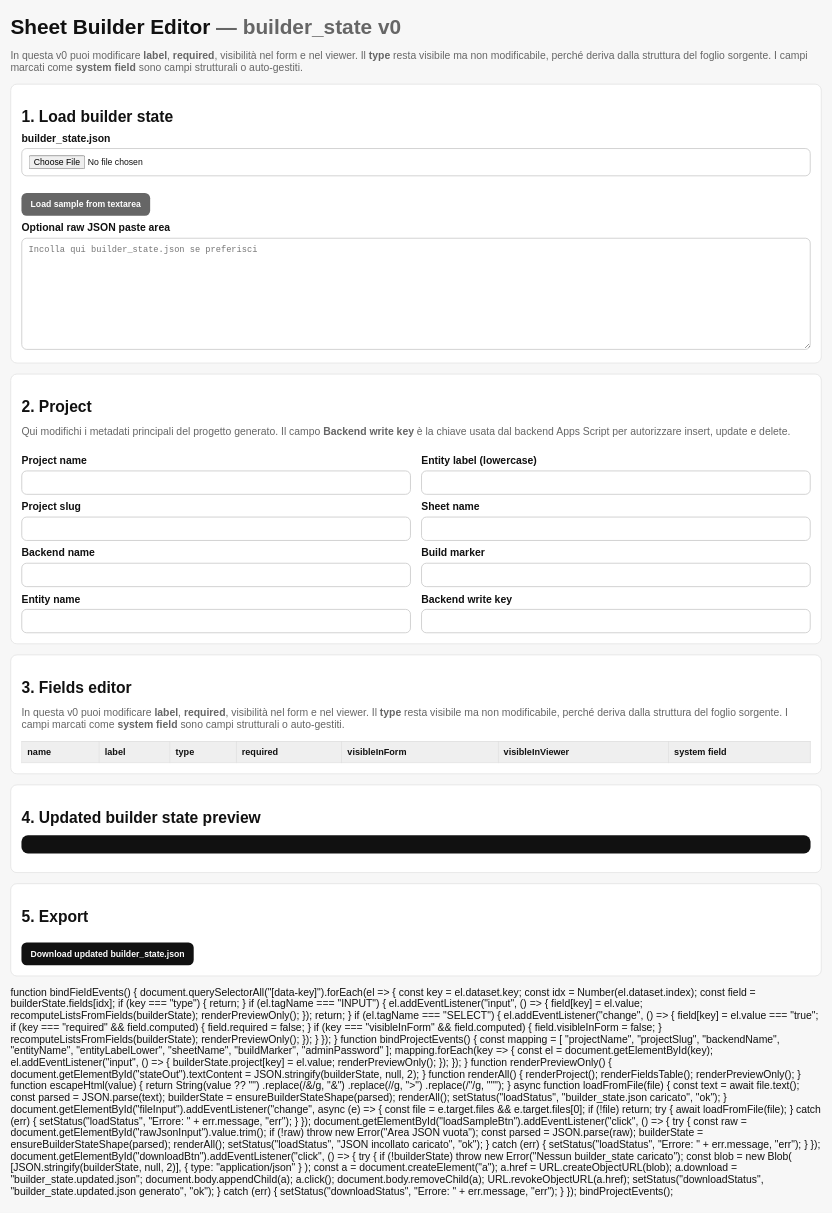
Repository: progettazionemauro/sheets.builder
Page: docs/builder.html
An editor plug-in stored every save of this project. The page is shown before and after the next save, followed by the edit.
The browser window is 1280 px wide. The pictures show the whole page, at 65% of full size.

Above is the page before, as saved 2026-04-13 19:51:35.
Console error: SyntaxError: Unexpected token '<'

### docs/builder.html
<!doctype html>
<html lang="it">
<head>
  <meta charset="utf-8" />
  <meta name="viewport" content="width=device-width, initial-scale=1" />
  <title>Sheet Builder Editor</title>
  <style>
    body {
      font-family: Arial, sans-serif;
      max-width: 1280px;
      margin: 24px auto;
      padding: 0 16px;
      background: #f7f7f7;
      color: #111;
    }

    h1, h2, h3 {
      margin-bottom: 8px;
    }

    .muted {
      color: #666;
    }

    .card {
      background: #fff;
      border: 1px solid #ddd;
      border-radius: 10px;
      padding: 16px;
      margin: 16px 0;
    }

    label {
      display: block;
      margin: 10px 0 6px;
      font-weight: bold;
    }

    input, textarea, select {
      width: 100%;
      box-sizing: border-box;
      padding: 10px;
      border: 1px solid #bbb;
      border-radius: 8px;
      background: #fff;
    }

    button {
      margin-top: 14px;
      padding: 10px 14px;
      border: 0;
      border-radius: 8px;
      background: #111;
      color: #fff;
      font-weight: bold;
      cursor: pointer;
    }

    button.secondary {
      background: #666;
    }

    button:disabled {
      opacity: .6;
      cursor: not-allowed;
    }

    .grid {
      display: grid;
      grid-template-columns: 1fr 1fr;
      gap: 16px;
    }

    .actions {
      display: flex;
      gap: 10px;
      flex-wrap: wrap;
      margin-top: 12px;
      align-items: center;
    }

    pre {
      background: #111;
      color: #d8ffd8;
      padding: 14px;
      border-radius: 10px;
      overflow: auto;
      white-space: pre-wrap;
    }

    table {
      width: 100%;
      border-collapse: collapse;
      margin-top: 10px;
      background: #fff;
    }

    th, td {
      border: 1px solid #ddd;
      padding: 8px;
      font-size: 14px;
      text-align: left;
      vertical-align: top;
    }

    th {
      background: #efefef;
    }

    .readonly-cell {
      background: #f3f3f3;
      color: #666;
    }

    .tiny {
      font-size: 12px;
      color: #666;
      line-height: 1.4;
    }

    .ok {
      color: #0a6;
      font-weight: bold;
    }

    .err {
      color: #b00;
      font-weight: bold;
    }
  </style>
</head>
<body>

  <h1>Sheet Builder Editor <span class="muted">— builder_state v0</span></h1>
  <p class="muted">
  In questa v0 puoi modificare <b>label</b>, <b>required</b>, visibilità nel form e nel viewer.
  Il <b>type</b> resta visibile ma non modificabile, perché deriva dalla struttura del foglio sorgente.
  I campi marcati come <b>system field</b> sono campi strutturali o auto-gestiti.
</p>

  <div class="card">
    <h2>1. Load builder state</h2>

    <label for="fileInput">builder_state.json</label>
    <input id="fileInput" type="file" accept=".json,application/json" />

    <div class="actions">
      <button id="loadSampleBtn" type="button" class="secondary">Load sample from textarea</button>
      <span id="loadStatus" class="muted"></span>
    </div>

    <label for="rawJsonInput">Optional raw JSON paste area</label>
    <textarea id="rawJsonInput" rows="10" placeholder='Incolla qui builder_state.json se preferisci'></textarea>
  </div>

    <div class="card">
    <h2>2. Project</h2>
        <p class="muted">
  Qui modifichi i metadati principali del progetto generato. Il campo <b>Backend write key</b>
  è la chiave usata dal backend Apps Script per autorizzare insert, update e delete.
</p>

    <div class="grid">
      <div>
        <label for="projectName">Project name</label>
        <input id="projectName" />

        <label for="projectSlug">Project slug</label>
        <input id="projectSlug" />

        <label for="backendName">Backend name</label>
        <input id="backendName" />

        <label for="entityName">Entity name</label>
        <input id="entityName" />
      </div>

      <div>
        <label for="entityLabelLower">Entity label (lowercase)</label>
        <input id="entityLabelLower" />

        <label for="sheetName">Sheet name</label>
        <input id="sheetName" />

        <label for="buildMarker">Build marker</label>
        <input id="buildMarker" />

        <label for="adminPassword">Backend write key</label>
        <input id="adminPassword" />
      </div>
    </div>
  </div>

  <div class="card">
    <h2>3. Fields editor</h2>
    <p class="muted">
  In questa v0 puoi modificare <b>label</b>, <b>required</b>, visibilità nel form e nel viewer.
  Il <b>type</b> resta visibile ma non modificabile, perché deriva dalla struttura del foglio sorgente.
  I campi marcati come <b>system field</b> sono campi strutturali o auto-gestiti.
</p>

        <table id="fieldsTable">
      <thead>
        <tr>
          <th>name</th>
          <th>label</th>
          <th>type</th>
          <th>required</th>
          <th>visibleInForm</th>
          <th>visibleInViewer</th>
          <th>system field</th>
        </tr>
      </thead>
      <tbody></tbody>
    </table>
  </div>

  <div class="card">
    <h2>4. Updated builder state preview</h2>
    <pre id="stateOut"></pre>
  </div>

  <div class="card">
    <h2>5. Export</h2>
    <div class="actions">
      <button id="downloadBtn" type="button">Download updated builder_state.json</button>
      <span id="downloadStatus" class="muted"></span>
    </div>
  </div>

<script>
  let builderState = null;

  function setStatus(id, msg, cls = "muted") {
    const el = document.getElementById(id);
    el.textContent = msg;
    el.className = cls;
  }

  function deepClone(obj) {
    return JSON.parse(JSON.stringify(obj));
  }

  function normalizeBool(value) {
    return value === true;
  }

  function ensureBuilderStateShape(state) {
    if (!state || typeof state !== "object") {
      throw new Error("JSON non valido: root non oggetto");
    }

    if (!state.project || typeof state.project !== "object") {
      state.project = {};
    }

    if (!Array.isArray(state.fields)) {
      state.fields = [];
    }

    if (!state.constraints || typeof state.constraints !== "object") {
      state.constraints = {};
    }

    if (!state.enums || typeof state.enums !== "object") {
      state.enums = {};
    }

    if (!state.enumStyles || typeof state.enumStyles !== "object") {
      state.enumStyles = {};
    }

    if (!state.lists || typeof state.lists !== "object") {
      state.lists = {};
    }

    if (!state.options || typeof state.options !== "object") {
      state.options = {};
    }

    state.fields = state.fields.map(field => {
      const f = { ...field };
      f.name = String(f.name || "").trim();
      f.label = String(f.label || f.name || "").trim();
      f.type = String(f.type || "string").trim();
      f.required = normalizeBool(f.required);
      f.computed = normalizeBool(f.computed);
      f.visibleInForm = normalizeBool(f.visibleInForm);
      f.visibleInViewer = normalizeBool(f.visibleInViewer);
      f.locked = normalizeBool(f.locked);
      if (!Array.isArray(f.enumValues)) f.enumValues = [];
      return f;
    });

    recomputeListsFromFields(state);
    return state;
  }

  function recomputeListsFromFields(state) {
    const headers = [];
    const requiredOnInsert = [];
    const optionalOnInsert = [];
    const computed = [];
    const visibleInForm = [];
    const visibleInViewer = [];
    const enums = {};
    const enumStyles = state.enumStyles || {};

    for (const field of state.fields) {
      headers.push(field.name);

      if (field.computed) {
        computed.push(field.name);
      } else if (field.required) {
        requiredOnInsert.push(field.name);
      } else {
        optionalOnInsert.push(field.name);
      }

      if (field.visibleInForm) {
        visibleInForm.push(field.name);
      }

      if (field.visibleInViewer) {
        visibleInViewer.push(field.name);
      }

      if (field.type === "enum" && Array.isArray(field.enumValues) && field.enumValues.length) {
        enums[field.name] = field.enumValues.slice();
      }

      if (field.type === "enum" && enumStyles[field.name] && !field.enumStyles) {
        field.enumStyles = enumStyles[field.name];
      }
    }

    state.enums = enums;
    state.lists = {
      headers,
      requiredOnInsert,
      optionalOnInsert,
      computed,
      visibleInForm,
      visibleInViewer
    };
  }

  function renderProject() {
    const p = builderState.project || {};
    document.getElementById("projectName").value = p.projectName || "";
    document.getElementById("projectSlug").value = p.projectSlug || "";
    document.getElementById("backendName").value = p.backendName || "";
    document.getElementById("entityName").value = p.entityName || "";
    document.getElementById("entityLabelLower").value = p.entityLabelLower || "";
    document.getElementById("sheetName").value = p.sheetName || "";
    document.getElementById("buildMarker").value = p.buildMarker || "";
    document.getElementById("adminPassword").value = p.adminPassword || "";
  }

  <script>
  function renderFieldsTable() {
    const tbody = document.querySelector("#fieldsTable tbody");
    tbody.innerHTML = "";

    builderState.fields.forEach((field, idx) => {
      const tr = document.createElement("tr");

      tr.innerHTML = `
        <td class="${field.locked ? "readonly-cell" : ""}">
          <input data-key="name" data-index="${idx}" value="${escapeHtml(field.name)}" ${field.locked ? "readonly" : ""} />
        </td>
        <td>
          <input data-key="label" data-index="${idx}" value="${escapeHtml(field.label || "")}" />
        </td>
        <td class="readonly-cell">
          <input data-key="type" data-index="${idx}" value="${escapeHtml(field.type)}" readonly />
        </td>
        <td>
          <select data-key="required" data-index="${idx}" ${field.computed ? "disabled" : ""}>
            <option value="false" ${field.required ? "" : "selected"}>NO</option>
            <option value="true" ${field.required ? "selected" : ""}>YES</option>
          </select>
        </td>
        <td>
          <select data-key="visibleInForm" data-index="${idx}" ${field.computed ? "disabled" : ""}>
            <option value="false" ${field.visibleInForm ? "" : "selected"}>NO</option>
            <option value="true" ${field.visibleInForm ? "selected" : ""}>YES</option>
          </select>
        </td>
        <td>
          <select data-key="visibleInViewer" data-index="${idx}">
            <option value="false" ${field.visibleInViewer ? "" : "selected"}>NO</option>
            <option value="true" ${field.visibleInViewer ? "selected" : ""}>YES</option>
          </select>
        </td>
        <td class="readonly-cell">${field.locked ? "YES" : "NO"}</td>
      `;

      tbody.appendChild(tr);
    });

    bindFieldEvents();
  }
</script>

    function bindFieldEvents() {
    document.querySelectorAll("[data-key]").forEach(el => {
      const key = el.dataset.key;
      const idx = Number(el.dataset.index);
      const field = builderState.fields[idx];

      if (key === "type") {
        return;
      }

      if (el.tagName === "INPUT") {
        el.addEventListener("input", () => {
          field[key] = el.value;
          recomputeListsFromFields(builderState);
          renderPreviewOnly();
        });
        return;
      }

      if (el.tagName === "SELECT") {
        el.addEventListener("change", () => {
          field[key] = el.value === "true";

          if (key === "required" && field.computed) {
            field.required = false;
          }

          if (key === "visibleInForm" && field.computed) {
            field.visibleInForm = false;
          }

          recomputeListsFromFields(builderState);
          renderPreviewOnly();
        });
      }
    });
  }

  function bindProjectEvents() {
    const mapping = [
      "projectName",
      "projectSlug",
      "backendName",
      "entityName",
      "entityLabelLower",
      "sheetName",
      "buildMarker",
      "adminPassword"
    ];

    mapping.forEach(key => {
      const el = document.getElementById(key);
      el.addEventListener("input", () => {
        builderState.project[key] = el.value;
        renderPreviewOnly();
      });
    });
  }

  function renderPreviewOnly() {
    document.getElementById("stateOut").textContent =
      JSON.stringify(builderState, null, 2);
  }

  function renderAll() {
    renderProject();
    renderFieldsTable();
    renderPreviewOnly();
  }

  function escapeHtml(value) {
    return String(value ?? "")
      .replace(/&/g, "&amp;")
      .replace(/</g, "&lt;")
      .replace(/>/g, "&gt;")
      .replace(/"/g, "&quot;");
  }

  async function loadFromFile(file) {
    const text = await file.text();
    const parsed = JSON.parse(text);
    builderState = ensureBuilderStateShape(parsed);
    renderAll();
    setStatus("loadStatus", "builder_state.json caricato", "ok");
  }

  document.getElementById("fileInput").addEventListener("change", async (e) => {
    const file = e.target.files && e.target.files[0];
    if (!file) return;

    try {
      await loadFromFile(file);
    } catch (err) {
      setStatus("loadStatus", "Errore: " + err.message, "err");
    }
  });

  document.getElementById("loadSampleBtn").addEventListener("click", () => {
    try {
      const raw = document.getElementById("rawJsonInput").value.trim();
      if (!raw) throw new Error("Area JSON vuota");

      const parsed = JSON.parse(raw);
      builderState = ensureBuilderStateShape(parsed);
      renderAll();
      setStatus("loadStatus", "JSON incollato caricato", "ok");
    } catch (err) {
      setStatus("loadStatus", "Errore: " + err.message, "err");
    }
  });

  document.getElementById("downloadBtn").addEventListener("click", () => {
    try {
      if (!builderState) throw new Error("Nessun builder_state caricato");

      const blob = new Blob(
        [JSON.stringify(builderState, null, 2)],
        { type: "application/json" }
      );

      const a = document.createElement("a");
      a.href = URL.createObjectURL(blob);
      a.download = "builder_state.updated.json";
      document.body.appendChild(a);
      a.click();
      document.body.removeChild(a);
      URL.revokeObjectURL(a.href);

      setStatus("downloadStatus", "builder_state.updated.json generato", "ok");
    } catch (err) {
      setStatus("downloadStatus", "Errore: " + err.message, "err");
    }
  });

  bindProjectEvents();
</script>

</body>
</html>

After the next save:
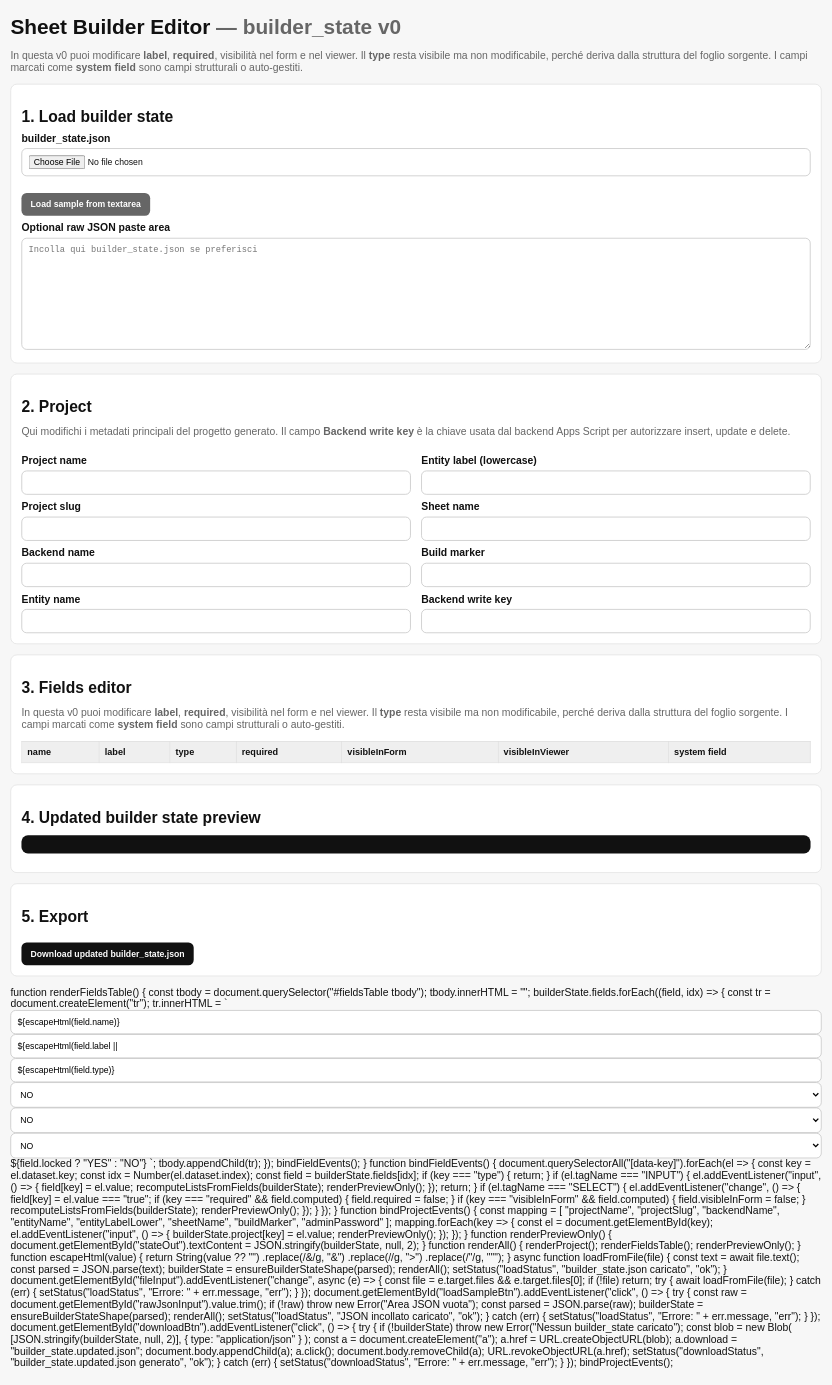
The error is gone.
Saved 25 min 24 s later.
--- a/docs/builder.html
+++ b/docs/builder.html
@@ -228,136 +228,7 @@
     </div>
   </div>
 
-<script>
-  let builderState = null;
-
-  function setStatus(id, msg, cls = "muted") {
-    const el = document.getElementById(id);
-    el.textContent = msg;
-    el.className = cls;
-  }
-
-  function deepClone(obj) {
-    return JSON.parse(JSON.stringify(obj));
-  }
-
-  function normalizeBool(value) {
-    return value === true;
-  }
-
-  function ensureBuilderStateShape(state) {
-    if (!state || typeof state !== "object") {
-      throw new Error("JSON non valido: root non oggetto");
-    }
-
-    if (!state.project || typeof state.project !== "object") {
-      state.project = {};
-    }
-
-    if (!Array.isArray(state.fields)) {
-      state.fields = [];
-    }
-
-    if (!state.constraints || typeof state.constraints !== "object") {
-      state.constraints = {};
-    }
-
-    if (!state.enums || typeof state.enums !== "object") {
-      state.enums = {};
-    }
-
-    if (!state.enumStyles || typeof state.enumStyles !== "object") {
-      state.enumStyles = {};
-    }
-
-    if (!state.lists || typeof state.lists !== "object") {
-      state.lists = {};
-    }
-
-    if (!state.options || typeof state.options !== "object") {
-      state.options = {};
-    }
-
-    state.fields = state.fields.map(field => {
-      const f = { ...field };
-      f.name = String(f.name || "").trim();
-      f.label = String(f.label || f.name || "").trim();
-      f.type = String(f.type || "string").trim();
-      f.required = normalizeBool(f.required);
-      f.computed = normalizeBool(f.computed);
-      f.visibleInForm = normalizeBool(f.visibleInForm);
-      f.visibleInViewer = normalizeBool(f.visibleInViewer);
-      f.locked = normalizeBool(f.locked);
-      if (!Array.isArray(f.enumValues)) f.enumValues = [];
-      return f;
-    });
-
-    recomputeListsFromFields(state);
-    return state;
-  }
-
-  function recomputeListsFromFields(state) {
-    const headers = [];
-    const requiredOnInsert = [];
-    const optionalOnInsert = [];
-    const computed = [];
-    const visibleInForm = [];
-    const visibleInViewer = [];
-    const enums = {};
-    const enumStyles = state.enumStyles || {};
-
-    for (const field of state.fields) {
-      headers.push(field.name);
-
-      if (field.computed) {
-        computed.push(field.name);
-      } else if (field.required) {
-        requiredOnInsert.push(field.name);
-      } else {
-        optionalOnInsert.push(field.name);
-      }
-
-      if (field.visibleInForm) {
-        visibleInForm.push(field.name);
-      }
-
-      if (field.visibleInViewer) {
-        visibleInViewer.push(field.name);
-      }
-
-      if (field.type === "enum" && Array.isArray(field.enumValues) && field.enumValues.length) {
-        enums[field.name] = field.enumValues.slice();
-      }
-
-      if (field.type === "enum" && enumStyles[field.name] && !field.enumStyles) {
-        field.enumStyles = enumStyles[field.name];
-      }
-    }
-
-    state.enums = enums;
-    state.lists = {
-      headers,
-      requiredOnInsert,
-      optionalOnInsert,
-      computed,
-      visibleInForm,
-      visibleInViewer
-    };
-  }
-
-  function renderProject() {
-    const p = builderState.project || {};
-    document.getElementById("projectName").value = p.projectName || "";
-    document.getElementById("projectSlug").value = p.projectSlug || "";
-    document.getElementById("backendName").value = p.backendName || "";
-    document.getElementById("entityName").value = p.entityName || "";
-    document.getElementById("entityLabelLower").value = p.entityLabelLower || "";
-    document.getElementById("sheetName").value = p.sheetName || "";
-    document.getElementById("buildMarker").value = p.buildMarker || "";
-    document.getElementById("adminPassword").value = p.adminPassword || "";
-  }
-
-  <script>
+
   function renderFieldsTable() {
     const tbody = document.querySelector("#fieldsTable tbody");
     tbody.innerHTML = "";
